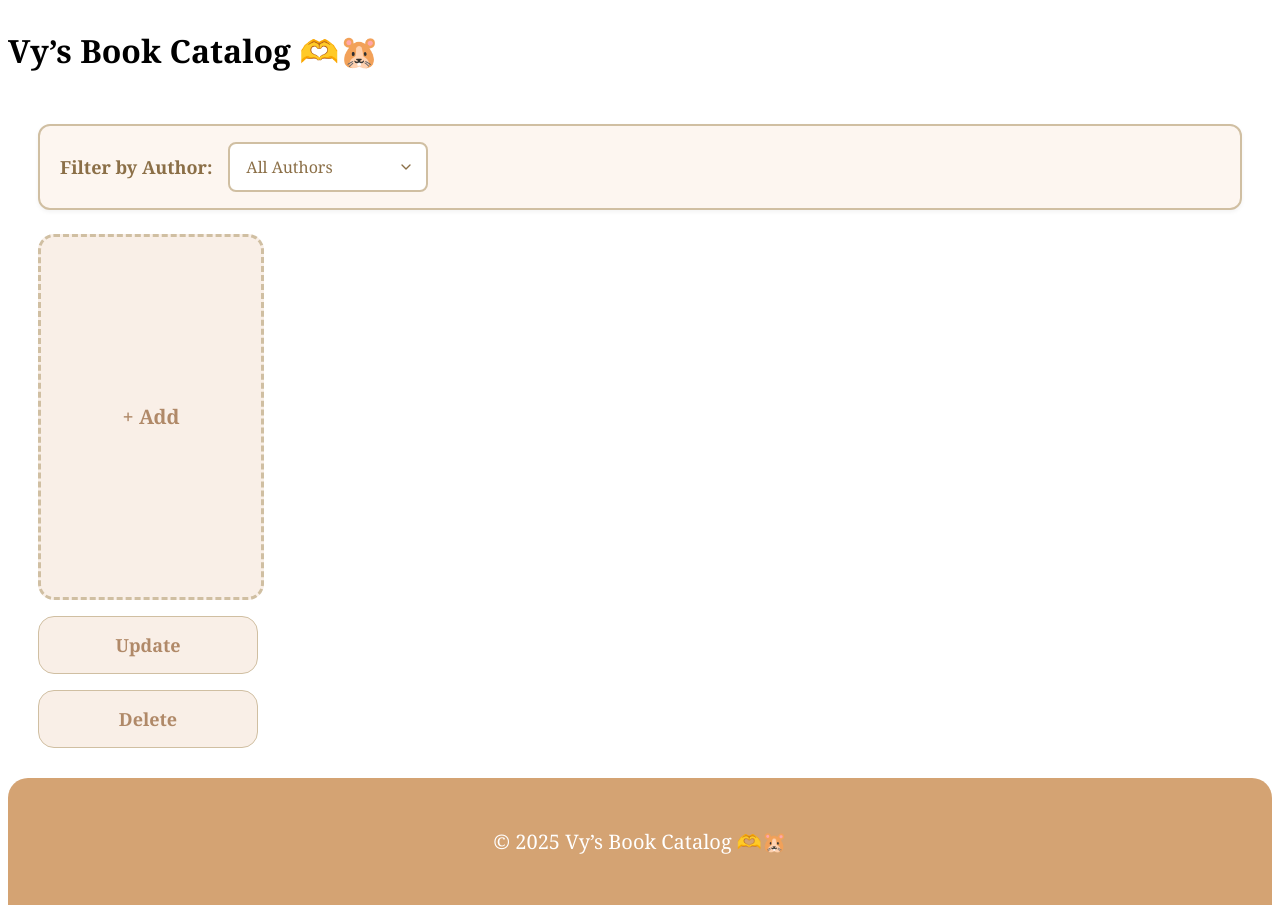
Repository: CucVyTrinh/book-catalog-v6
Page: /
These files come from the project's save history. The page is drawn as it stood at one moment and after the next save; the edit follows.
The browser window is 1280 px wide. The pictures show the whole page.
The project was rebuilt for these pictures with package versions that can differ from the ones it lists, and the page was loaded fresh each time. Also part of the build but not shown: vite.config.js, src/index.css, src/components/Book.jsx, src/components/AddBookModal.jsx, src/components/EditBookModal.jsx.

Above is the page before, as saved 2025-10-26 22:39:32.

### index.html
<!doctype html>
<html lang="en">
  <head>
    <meta charset="UTF-8" />
    <link rel="icon" type="image/svg+xml" href="/vite.svg" />
    <meta name="viewport" content="width=device-width, initial-scale=1.0" />
    <title>book-catalog-v4</title>
  </head>
  <body>
    <div id="root"></div>
    <script type="module" src="/src/main.jsx"></script>
  </body>
</html>

### src/App.jsx
import React, { useState, useEffect } from "react";
import "./App.css";

import Header from "./components/Header";
import Footer from "./components/Footer";
import LeftColumn from "./components/LeftColumn";
import BooksGrid from "./components/BooksGrid";
import AddBookModal from "./components/AddBookModal";
import EditBookModal from "./components/EditBookModal";
import FilterSection from "./components/FilterSection";

export default function App() {
  // Start empty to meet requirement: "The app should be empty of books initially."
  const [books, setBooks] = useState([]);

  const [showModal, setShowModal] = useState(false);
  const [showEditModal, setShowEditModal] = useState(false);
  const [selectedAuthor, setSelectedAuthor] = useState("");

  // Form matches the required fields in your screenshot
  const [form, setForm] = useState({
    title: "",
    author: "",
    publisher: "",
    year: "",
    language: "",
    pages: "",
    coverUrl: "",
  });

  // Load books from localStorage on component mount
  useEffect(() => {
    const savedBooks = localStorage.getItem('books');
    if (savedBooks) {
      setBooks(JSON.parse(savedBooks));
    }
  }, []);

  // Save books to localStorage whenever books change
  useEffect(() => {
    localStorage.setItem('books', JSON.stringify(books));
  }, [books]);

  const handleSelect = (clickedBook) => {
    setBooks((prev) =>
      prev.map((b) =>
        b.title === clickedBook.title
          ? { ...b, selected: !b.selected }
          : { ...b, selected: false }
      )
    );
  };

  const handleDelete = () => {
    setBooks((prev) => prev.filter((b) => !b.selected));
  };

  const handleAddBook = (e) => {
    e.preventDefault();

    const yearNum =
      String(form.year).trim() === "" ? null : Number(String(form.year).trim());
    const pagesNum =
      String(form.pages).trim() === "" ? null : Number(String(form.pages).trim());

    const newBook = {
      title: form.title.trim(),
      author: form.author.trim(),
      publisher: form.publisher.trim(),
      year: yearNum,
      language: form.language.trim(),
      pages: pagesNum,
      coverUrl:
        form.coverUrl?.trim() || "https://via.placeholder.com/150?text=Book+Cover",
      selected: false,
    };

    setBooks((prev) => [...prev, newBook]);

    setForm({
      title: "",
      author: "",
      publisher: "",
      year: "",
      language: "",
      pages: "",
      coverUrl: "",
    });
    setShowModal(false);
  };

  const handleUpdate = () => {
    const selectedBook = books.find(book => book.selected);
    if (selectedBook) {
      setForm({
        title: selectedBook.title,
        author: selectedBook.author,
        publisher: selectedBook.publisher || "",
        year: selectedBook.year || "",
        language: selectedBook.language || "",
        pages: selectedBook.pages || "",
        coverUrl: selectedBook.coverUrl || "",
      });
      setShowEditModal(true);
    } else {
      alert("Please select a book to edit");
    }
  };

  const handleEditBook = (e) => {
    e.preventDefault();

    const yearNum =
      String(form.year).trim() === "" ? null : Number(String(form.year).trim());
    const pagesNum =
      String(form.pages).trim() === "" ? null : Number(String(form.pages).trim());

    const updatedBook = {
      title: form.title.trim(),
      author: form.author.trim(),
      publisher: form.publisher.trim(),
      year: yearNum,
      language: form.language.trim(),
      pages: pagesNum,
      coverUrl:
        form.coverUrl?.trim() || "https://via.placeholder.com/150?text=Book+Cover",
      selected: false,
    };

    setBooks((prev) =>
      prev.map((book) => (book.selected ? updatedBook : book))
    );

    setForm({
      title: "",
      author: "",
      publisher: "",
      year: "",
      language: "",
      pages: "",
      coverUrl: "",
    });
    setShowEditModal(false);
  };

  const handleAuthorFilterChange = (author) => {
    setSelectedAuthor(author);
  };

  // Get unique authors for filter dropdown
  const authors = [...new Set(books.map(book => book.author))].sort();

  // Filter books based on selected author
  const filteredBooks = selectedAuthor
    ? books.filter(book => book.author === selectedAuthor)
    : books;

  return (
    <div style={{ display: "flex", flexDirection: "column", minHeight: "100vh" }}>
      <Header title="Vy’s Book Catalog 🫶🐹" />
      <main style={{ flex: 1, padding: "30px" }}>
        <FilterSection
          authors={authors}
          selectedAuthor={selectedAuthor}
          onAuthorFilterChange={handleAuthorFilterChange}
        />
        <div className="main-layout">
          <LeftColumn
            onOpenAdd={() => setShowModal(true)}
            onUpdate={handleUpdate}
            onDelete={handleDelete}
          />
          <BooksGrid books={filteredBooks} onSelect={handleSelect} />
        </div>
      </main>
      <Footer />

      <AddBookModal
        open={showModal}
        form={form}
        setForm={setForm}
        onClose={() => setShowModal(false)}
        onSubmit={handleAddBook}
      />

      <EditBookModal
        open={showEditModal}
        form={form}
        setForm={setForm}
        onClose={() => setShowEditModal(false)}
        onSubmit={handleEditBook}
      />
    </div>
  );
}

### src/App.css
/* ===== Global Font ===== */
* {
    font-family: 'Georgia', 'Times New Roman', serif;
}

/* ===== Filter Section Horizontal ===== */
.filter-section-horizontal {
    display: flex;
    align-items: center;
    gap: 16px;
    margin-bottom: 24px;
    padding: 16px 20px;
    background: #fdf6f0;
    border-radius: 12px;
    border: 2px solid #d0bfa2;
    box-shadow: 0 2px 4px rgba(0, 0, 0, 0.05);
}

.filter-label-horizontal {
    font-size: 18px;
    font-weight: bold;
    color: #8b6f47;
    margin: 0;
    white-space: nowrap;
}

.filter-dropdown-horizontal {
    padding: 12px 16px;
    font-size: 16px;
    border-radius: 8px;
    border: 2px solid #d0bfa2;
    background: #fff;
    color: #8b6f47;
    cursor: pointer;
    transition: all 0.2s ease;
    appearance: none;
    background-image: url("data:[embedded picture, 255 characters]");
    background-repeat: no-repeat;
    background-position: right 12px center;
    background-size: 16px;
    padding-right: 40px;
    min-width: 200px;
}

.filter-dropdown-horizontal:hover {
    border-color: #b08968;
    background-color: #f9efe7;
}

.filter-dropdown-horizontal:focus {
    outline: none;
    border-color: #b08968;
    box-shadow: 0 0 0 3px rgba(176, 137, 104, 0.1);
}

/* ===== Main Layout ===== */
.main-layout {
    display: grid;
    grid-template-columns: 250px 1fr;
    gap: 20px;
    align-items: start;
}

/* ===== Books Grid ===== */
.books-grid {
    display: grid;
    grid-template-columns: repeat(auto-fit, minmax(250px, 1fr));
    gap: 16px;
    justify-items: start;
    align-items: start;
    margin-top: 0;
}

/* ===== Add Button ===== */
.add-button {
    display: flex;
    justify-content: center;
    align-items: center;
    border: 3px dashed #d0bfa2;
    background: #f9efe7;
    color: #b08968;
    font-size: 20px;
    font-weight: bold;
    height: 360px;
    width: 220px;
    /* match book card width */
    border-radius: 16px;
    cursor: pointer;
    transition: transform 0.2s ease, background 0.2s ease;
}

.add-button:hover {
    transform: scale(1.05);
    background: #f0e3d9;
}

/* ===== Left Column Buttons ===== */
.left-column {
    display: flex;
    flex-direction: column;
    gap: 16px;
    /* spacing between buttons */
    align-items: flex-start;
}

/* ===== Filter Section ===== */
.filter-section {
    width: 220px;
    margin-bottom: 8px;
}

.filter-label {
    display: block;
    margin-bottom: 8px;
    font-weight: bold;
    color: #8b6f47;
    font-size: 14px;
}

.filter-dropdown {
    width: 100%;
    padding: 12px;
    font-size: 14px;
    border-radius: 12px;
    border: 2px solid #d0bfa2;
    background: #fdf6f0;
    color: #8b6f47;
    cursor: pointer;
    transition: all 0.2s ease;
    appearance: none;
    background-image: url("data:[embedded picture, 255 characters]");
    background-repeat: no-repeat;
    background-position: right 12px center;
    background-size: 16px;
    padding-right: 40px;
}

.filter-dropdown:hover {
    border-color: #b08968;
    background-color: #f9efe7;
}

.filter-dropdown:focus {
    outline: none;
    border-color: #b08968;
    box-shadow: 0 0 0 3px rgba(176, 137, 104, 0.1);
}

.left-column button {
    width: 220px;
    /* match Add button width */
    padding: 16px 0;
    font-size: 18px;
    font-weight: bold;
    border-radius: 16px;
    border: 1px solid #d0bfa2;
    background: #f9efe7;
    color: #b08968;
    cursor: pointer;
    transition: all 0.2s ease;
}

.left-column button:hover {
    background: #f0e3d9;
    color: #a46d4a;
    border-color: #b08968;
}

/* ===== Modal Overlay ===== */
.modal-overlay {
    position: fixed;
    top: 0;
    left: 0;
    right: 0;
    bottom: 0;
    background: rgba(0, 0, 0, 0.5);
    display: flex;
    justify-content: center;
    align-items: center;
    z-index: 100;
    padding: 20px;
}

/* ===== Modal Form ===== */
.modal-form {
    background: #fff;
    padding: 40px;
    border-radius: 20px;
    display: flex;
    flex-direction: column;
    gap: 18px;
    min-width: 450px;
    max-width: 90vw;
    box-shadow: 0 8px 20px rgba(0, 0, 0, 0.3);
}

.modal-form h2 {
    text-align: center;
    font-size: 28px;
    margin-bottom: 16px;
}

.modal-form input {
    padding: 12px;
    font-size: 16px;
    border-radius: 8px;
    border: 1px solid #ccc;
}

.modal-form button {
    padding: 12px;
    font-size: 18px;
    font-weight: bold;
    border-radius: 10px;
    border: none;
    background-color: #d68d5c;
    color: white;
    cursor: pointer;
    transition: all 0.2s ease;
}

.modal-form button:hover {
    background-color: #edc3a5;
}

/* ===== Book Card ===== */
.book-card {
    width: 220px;
    height: 360px;
    border-radius: 16px;
    padding: 16px;
    display: flex;
    flex-direction: column;
    justify-content: space-between;
    align-items: center;
    background: #fdf6f0;
    box-shadow: 0 4px 8px rgba(0, 0, 0, 0.08);
    position: relative;
    cursor: pointer;
    transition: all 0.2s ease;
}

.book-card.selected {
    background: #ffe0b3;
    box-shadow: 0 0 0 3px #b08968;
}

.book-card img {
    max-width: 100%;
    max-height: 140px;
    object-fit: contain;
}

.book-card h3 {
    font-size: 16px;
    font-weight: bold;
    text-align: center;
    margin: 8px 0;
}

.book-card p {
    font-size: 14px;
    color: #8b6f47;
    margin: 4px 0;
}

.book-card a {
    font-size: 13px;
    background: #b08968;
    color: white;
    padding: 6px 10px;
    border-radius: 8px;
    text-decoration: none;
}

.book-card button.remove-btn {
    position: absolute;
    top: 8px;
    right: 8px;
    background: #e74c3c;
    color: white;
    border: none;
    border-radius: 50%;
    width: 24px;
    height: 24px;
    cursor: pointer;
}

### src/components/Header.jsx
// src/components/Header.jsx
import React from "react";

export default function Header({ title }) {
  return (
    <header className="header">
      <h1 className="header-title">{title}</h1>
    </header>
  );
}

### src/components/Footer.jsx
// src/components/Footer.jsx
import React from "react";

export default function Footer() {
  return (
    <footer
      style={{
        textAlign: "center",
        padding: "50px",
        fontSize: "20px",
        background: "#d4a373",
        color: "#fff",
        borderTopLeftRadius: "20px",
        borderTopRightRadius: "20px",
        marginTop: "auto",
      }}
    >
      © {new Date().getFullYear()} Vy’s Book Catalog 🫶🐹
    </footer>
  );
}

### src/components/LeftColumn.jsx
// src/components/LeftColumn.jsx
import React from "react";

export default function LeftColumn({ onOpenAdd, onUpdate, onDelete }) {
  return (
    <div className="left-column">
      <div className="add-button" onClick={onOpenAdd}>+ Add</div>
      <button onClick={onUpdate}>Update</button>
      <button onClick={onDelete}>Delete</button>
    </div>
  );
}

### src/components/BooksGrid.jsx
// src/components/BooksGrid.jsx
import React from "react";
import Book from "./Book";

export default function BooksGrid({ books, onSelect }) {
  return (
    <div className="books-grid" style={{ display: "flex", flexWrap: "wrap", gap: "12px" }}>
      {books.map((book) => (
        <Book key={book.title} book={book} onSelect={onSelect} />
      ))}
    </div>
  );
}

### src/components/FilterSection.jsx
// src/components/FilterSection.jsx
import React from "react";

export default function FilterSection({ authors, selectedAuthor, onAuthorFilterChange }) {
  return (
    <div className="filter-section-horizontal">
      <label htmlFor="author-filter" className="filter-label-horizontal">
        Filter by Author:
      </label>
      <select
        id="author-filter"
        className="filter-dropdown-horizontal"
        value={selectedAuthor}
        onChange={(e) => onAuthorFilterChange(e.target.value)}
      >
        <option value="">All Authors</option>
        {authors.map((author) => (
          <option key={author} value={author}>
            {author}
          </option>
        ))}
      </select>
    </div>
  );
}

Loaded but not shown: src/main.jsx (common file)

After the next save:
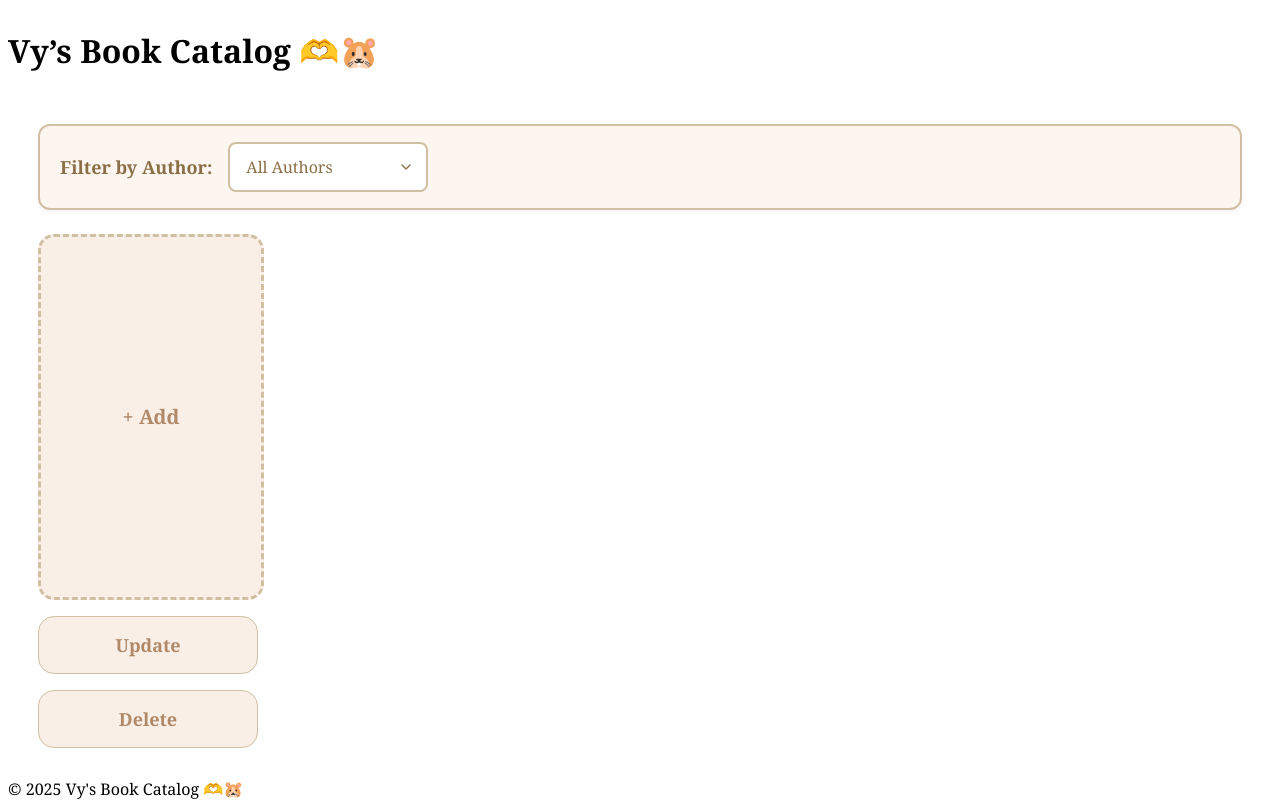
Saved 4 s later.
--- a/src/components/Footer.jsx
+++ b/src/components/Footer.jsx
@@ -3,19 +3,8 @@ import React from "react";
 
 export default function Footer() {
   return (
-    <footer
-      style={{
-        textAlign: "center",
-        padding: "50px",
-        fontSize: "20px",
-        background: "#d4a373",
-        color: "#fff",
-        borderTopLeftRadius: "20px",
-        borderTopRightRadius: "20px",
-        marginTop: "auto",
-      }}
-    >
-      © {new Date().getFullYear()} Vy’s Book Catalog 🫶🐹
+    <footer className="footer">
+      © {new Date().getFullYear()} Vy's Book Catalog 🫶🐹
     </footer>
   );
 }
